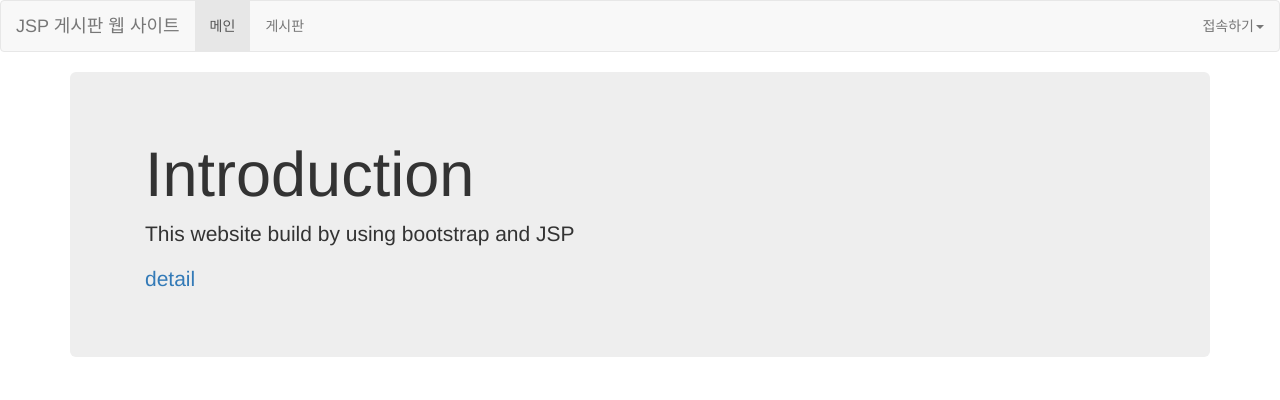
Repository: jk4g2/JSP_BBS
Page: http://localhost/BBS/main.jsp
The author's editor kept a copy of each file at every save. The page is drawn from the files as they stood at one save, then again after the next save.
The browser window is 1280 px wide. The pictures show the whole page.
Some web libraries are served in a nearby version. The page is served by Tomcat 9. Other server files are loaded and not shown.

Above is the page before, as saved 2020-03-16 16:42:46.

### BBS/WebContent/main.jsp
<%@ page language="java" contentType="text/html; charset=UTF-8"
    pageEncoding="UTF-8"%>
<%@ page import="java.io.PrintWriter" %>
<!DOCTYPE html>
<html>
<head>
	<meta http-equiv="Content-Type" content="text/html; charset=UTF-8">
	<meta name ="viewport" content="width=device-width", initial-scale="1">
	<link rel="stylesheet" href="css/bootstrap.css">
	<script src="https://ajax.googleapis.com/ajax/libs/jquery/3.2.1/jquery.min.js"></script>
	<title>JSP 게시판 웹사이트</title>
</head>
<body>
	<%
		String userID = null;
		if (session.getAttribute("userID") != null){
			userID = (String) session.getAttribute("userID");
		}
	%>
	<nav class="navbar navbar-default">
		<div class="navbar-header">
			<button type="button" class="navbar-toggle collapsed"
			data-toggle="collapse" data-target="#bs-example-navbar-collapse-1"
			aria-expanded="false">
				<span class="icon-bar"></span>
				<span class="icon-bar"></span>
				<span class="icon-bar"></span>
			</button>
			<a class="navbar-brand" href="main.jsp">JSP 게시판 웹 사이트</a>
		</div>
		<div class="colapse navbar-collapse" id="bs-example-navbar-collapse-1">
			<ul class="nav navbar-nav">
				<li class ="active"><a href="main.jsp">메인</a></li>
				<li><a href="bbs.jsp">게시판</a></li>
			</ul>
			<%
				if(userID == null){
			%>
			<ul class="nav navbar-nav navbar-right">
				<li class="dropdown">
					<a href="#" class="dropdown-toggle"
						data-toggle="dropdown" role="button" aria-haspopup="true"
						aria-expanded="false">접속하기<span class="caret"></span></a>
					<ul class="dropdown-menu">
						<li><a href="login.jsp">로그인</a></li>
						<li><a href="join.jsp">회원가입</a></li>
					</ul>
				</li>
			</ul>
			<%
				}else{
			%>
			<ul class="nav navbar-nav navbar-right">
				<li class="dropdown">
					<a href="#" class="dropdown-toggle"
						data-toggle="dropdown" role="button" aria-haspopup="true"
						aria-expanded="false">회원관리<span class="caret"></span></a>
					<ul class="dropdown-menu">
						<li><a href="logoutAction.jsp">로그아웃</a></li>
					</ul>
				</li>
			</ul>
			<%
				}
			%>

		</div>
	</nav>
	<div class="container">
		<div class="jumbotron">
			<div class="container">
				<h1>Introduction</h1>
				<p>This website build by using bootstrap and JSP</p>
				<p><a href="btn btn-primary btn-pull" href="#" role="button">detail</a></p>
			</div>
		</div>
	</div>
	<script src="js/bootstrap.js"></script>
	<script src="https://code.jquery.com/jquery-3.1.1.min.js"></script>
</body>
</html>

Loaded but not shown: BBS/WebContent/css/bootstrap.css (library); BBS/WebContent/js/bootstrap.js (library)

After the next save:
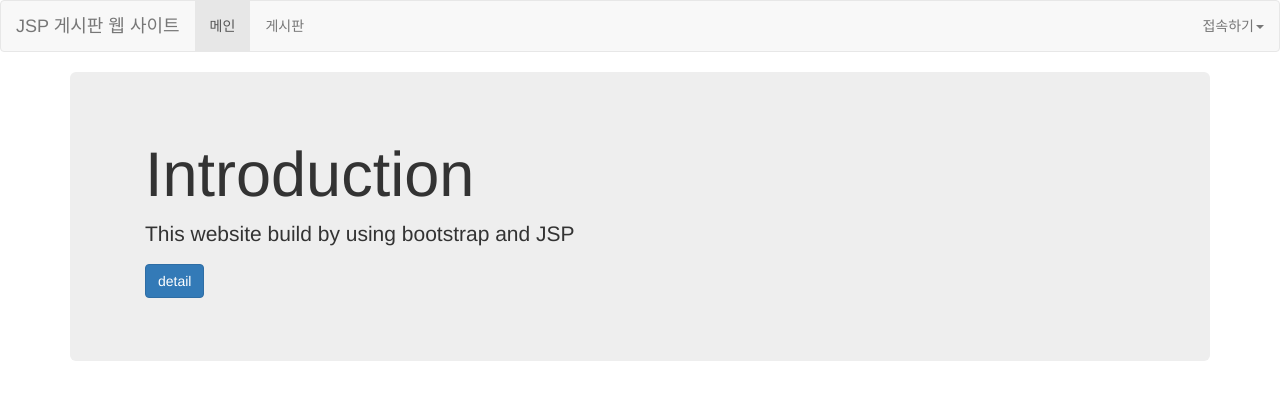
Saved 59 s later.
--- a/BBS/WebContent/main.jsp
+++ b/BBS/WebContent/main.jsp
@@ -71,7 +71,7 @@
 			<div class="container">
 				<h1>Introduction</h1>
 				<p>This website build by using bootstrap and JSP</p>
-				<p><a href="btn btn-primary btn-pull" href="#" role="button">detail</a></p>
+				<p><a class="btn btn-primary btn-pull" href="#" role="button">detail</a></p>
 			</div>
 		</div>
 	</div>
